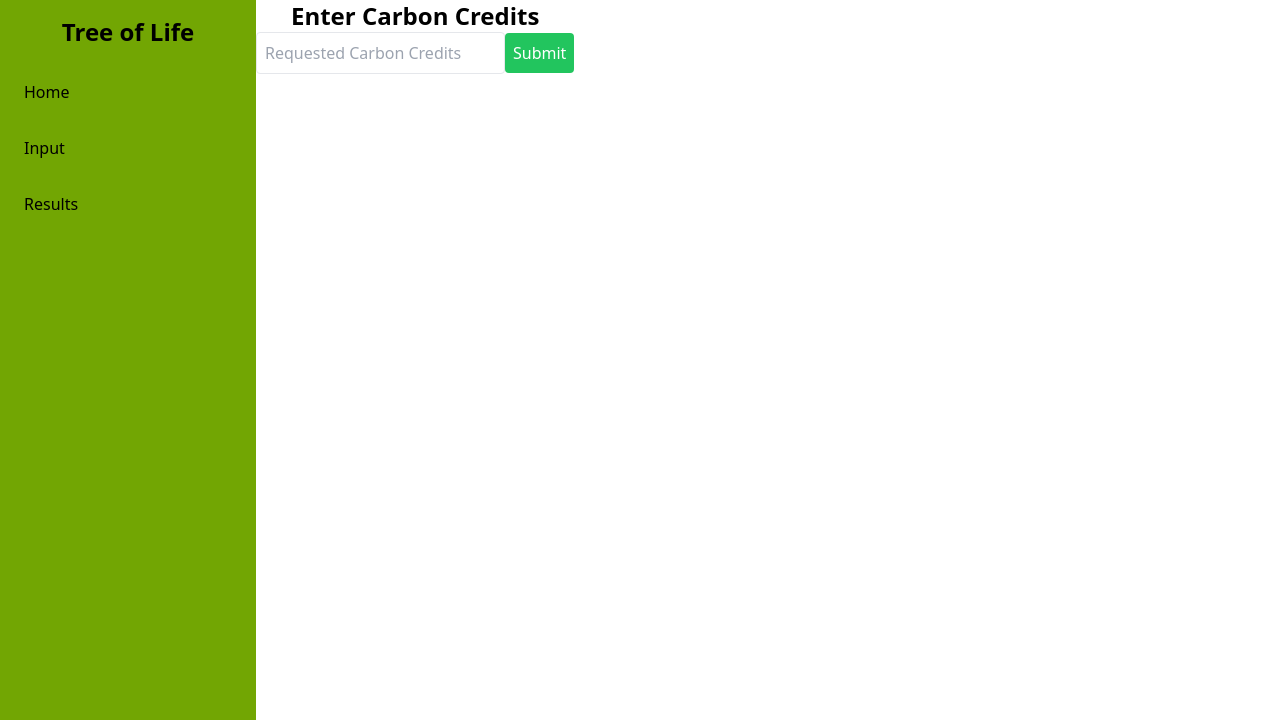
Repository: kayacancode/tolgrainger
Page: /input
These files come from the project's save history. The page is drawn as it stood at one moment and after the next save; the edit follows.
The browser window is 1280 px wide. The pictures show the whole page.
The project was rebuilt for these pictures with package versions that can differ from the ones it lists, and the page was loaded fresh each time. The framework's server and built-in components were replaced by stand-ins that run in the browser. Also part of the build but not shown: next.config.mjs.

Above is the page before, as saved 2024-10-23 22:27:58.

After the next save:
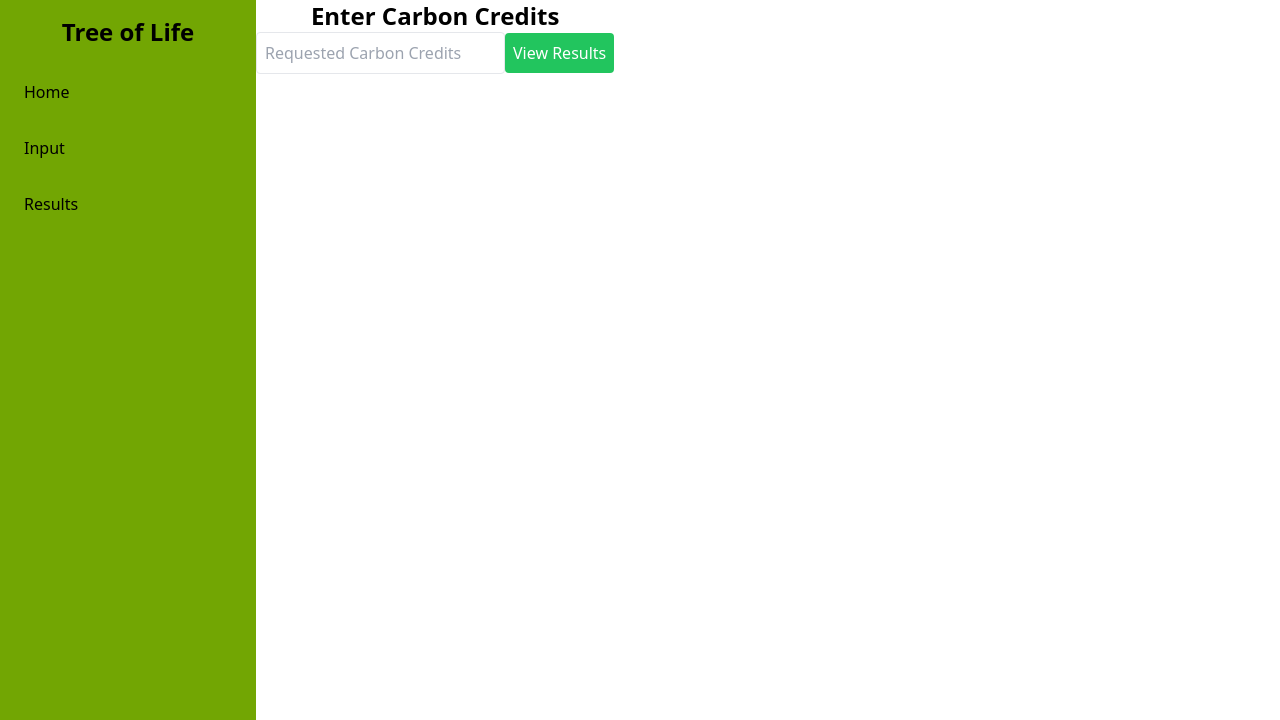
Saved 49 s later.
--- a/src/app/input/page.tsx
+++ b/src/app/input/page.tsx
@@ -13,6 +13,10 @@ export default function CarbonInputPage() {
     e.preventDefault();
     router.push("/result");
   };
+  const handleNavigateToResults = () => {
+    router.push('/results'); // Navigate to Results page
+  };
+
 
   return (
     <form onSubmit={handleSubmit} className="space-y-4 text-center">
@@ -27,9 +31,9 @@ export default function CarbonInputPage() {
         onChange={(e) => setCredits(e.target.value)}
         className=" p-2 border rounded"
       />
-        <button type="submit" className="bg-green-500 text-white p-2 rounded">
-        Submit
-      </button>
+          <button onClick={handleNavigateToResults} className="bg-green-500 text-white p-2 rounded">
+      View Results
+    </button>
       </div>
       </div>
 
